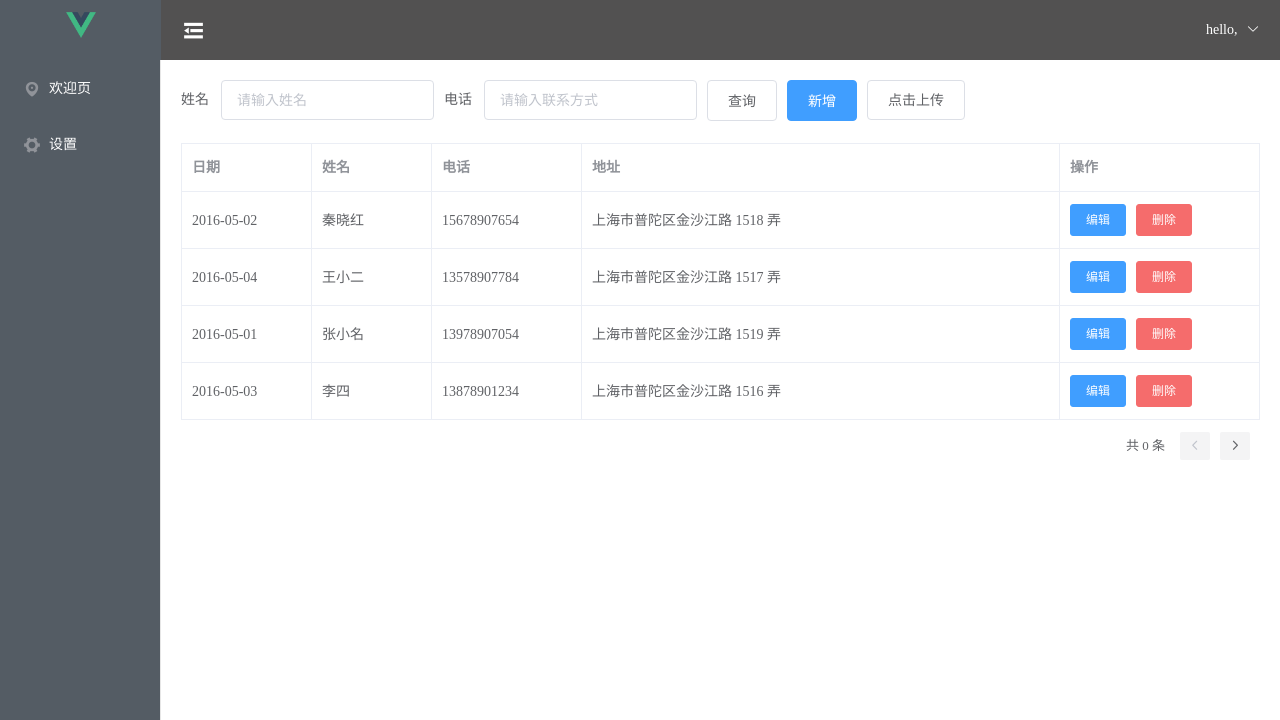
Repository: qianxuebing/admin
Page: /Layout/Table
These files come from the project's save history. The page is drawn as it stood at one moment and after the next save; the edit follows.
The browser window is 1280 px wide. The pictures show the whole page.
The project was rebuilt for these pictures with package versions that can differ from the ones it lists, and the page was loaded fresh each time. Also part of the build but not shown: src/views/login/Login.vue. Imported but missing from the stored project, and not drawn on this page: src/views/home/Home.

Above is the page before, as saved 2020-01-13 10:39:04.

After the next save:
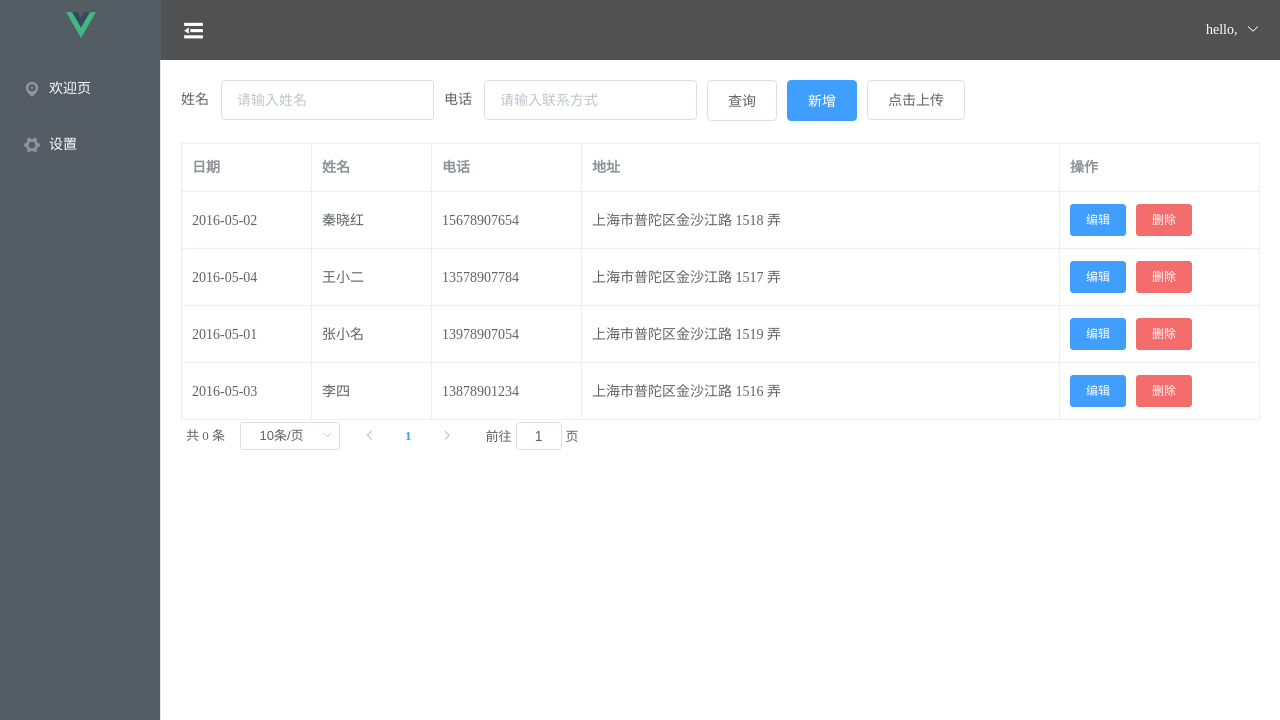
Saved 41 s later.
--- a/src/views/table/Table.vue
+++ b/src/views/table/Table.vue
@@ -56,17 +56,14 @@
         </template>
       </el-table-column>
     </el-table>
-    <el-pagination
-      style="margin-top: 10px; text-align: right"
+     <el-pagination
       @size-change="handleSizeChange"
       @current-change="handleCurrentChange"
-      :current-page="currentPage"
-      :page-size="pageSize"
-      background
-      layout="total, prev, pager, next"
+      :page-sizes="[10, 15, 20]"
+      :page-size="pagesize"
+      layout="total, sizes, prev, pager, next, jumper"
       :total="total">
     </el-pagination>
-
     <!-- dialog -->
     <el-dialog :title="title" :visible.sync="dialogFormVisible" width="40%">
       <el-form :model="editForm" label-width="80px">
